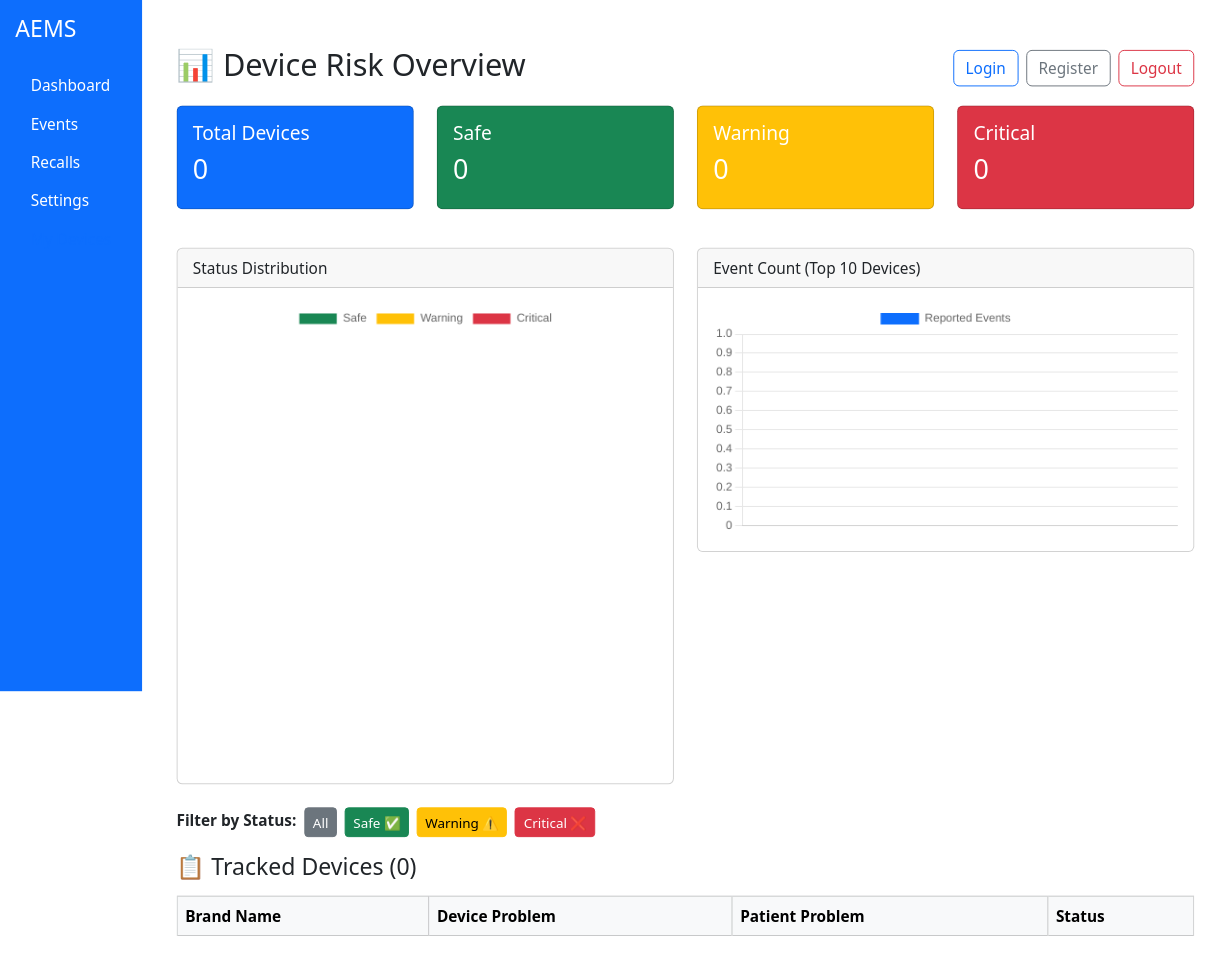
Repository: Sarary2/AEMS_2MVP
Page: / (app in frontend/AEMS/)
An editor plug-in stored every save of this project. The page is shown before and after the next save, followed by the edit.
The browser window is 1280 px wide. The pictures show the whole page, at 96% of full size.
The page's requests for data from a server got no answer. The project was rebuilt for these pictures with package versions that can differ from the ones it lists, and the page was loaded fresh each time. No one was signed in, and anything a server would have sent is missing. Also part of the build but not shown: frontend/AEMS/vite.config.js, frontend/AEMS/src/components/DeviceRow.jsx, frontend/AEMS/src/pages/Events.jsx, frontend/AEMS/src/firebase.js, frontend/AEMS/src/pages/Login.jsx, frontend/AEMS/src/pages/Register.jsx.

Above is the page before, as saved 2025-05-06 11:22:06.

After the next save:
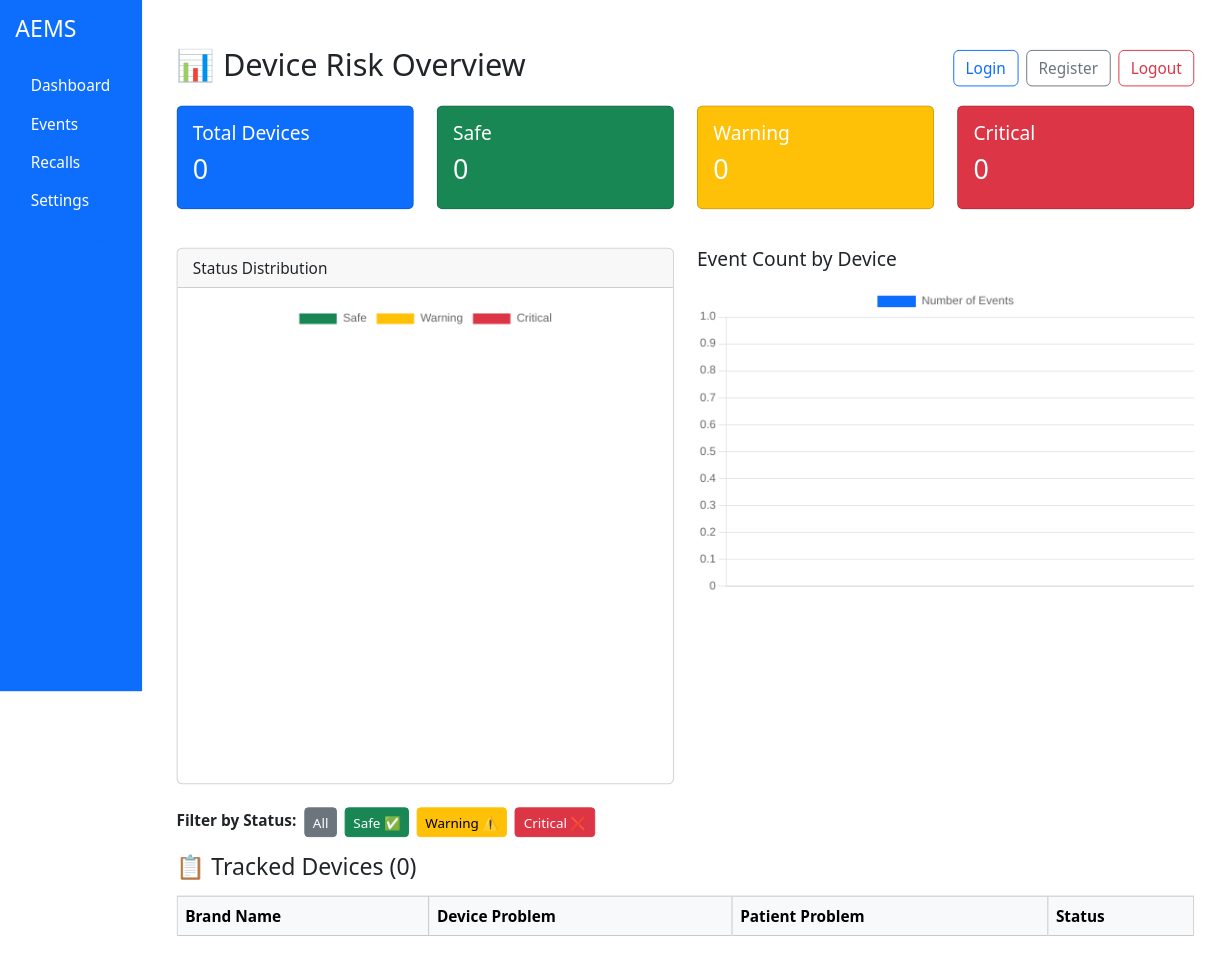
Saved 2 min 6 s later.
--- a/frontend/AEMS/src/components/EventsChart.jsx
+++ b/frontend/AEMS/src/components/EventsChart.jsx
@@ -1,26 +1,39 @@
-import { Bar } from 'react-chartjs-2';
-import { Chart as ChartJS, BarElement, CategoryScale, LinearScale, Tooltip, Legend } from 'chart.js';
-
-ChartJS.register(BarElement, CategoryScale, LinearScale, Tooltip, Legend);
+import { useEffect } from 'react';
+import Chart from 'chart.js/auto';
 
 export default function EventsChart({ devices }) {
-  const chartData = {
-    labels: devices.map((d) => d.deviceName.split(' ')[0]).slice(0, 10),
-    datasets: [
-      {
-        label: 'Reported Events',
-        data: devices.map((d) => d.events.length).slice(0, 10),
-        backgroundColor: '#0d6efd',
-      },
-    ],
-  };
+  useEffect(() => {
+    const ctx = document.getElementById('eventsChart');
+
+    const deviceCounts = devices.reduce((acc, d) => {
+      const name = d.deviceName || 'Unknown';
+      acc[name] = (acc[name] || 0) + 1;
+      return acc;
+    }, {});
+
+    const chartData = {
+      labels: Object.keys(deviceCounts),
+      datasets: [
+        {
+          label: 'Number of Events',
+          data: Object.values(deviceCounts),
+          backgroundColor: ['#0d6efd', '#ffc107', '#dc3545', '#198754', '#6f42c1'],
+        },
+      ],
+    };
+
+    const chart = new Chart(ctx, {
+      type: 'bar',
+      data: chartData,
+    });
+
+    return () => chart.destroy();
+  }, [devices]);
 
   return (
-    <div className="card">
-      <div className="card-header">Event Count (Top 10 Devices)</div>
-      <div className="card-body">
-        <Bar data={chartData} />
-      </div>
+    <div>
+      <h5 className="mb-3">Event Count by Device</h5>
+      <canvas id="eventsChart" width="400" height="250"></canvas>
     </div>
   );
 }
